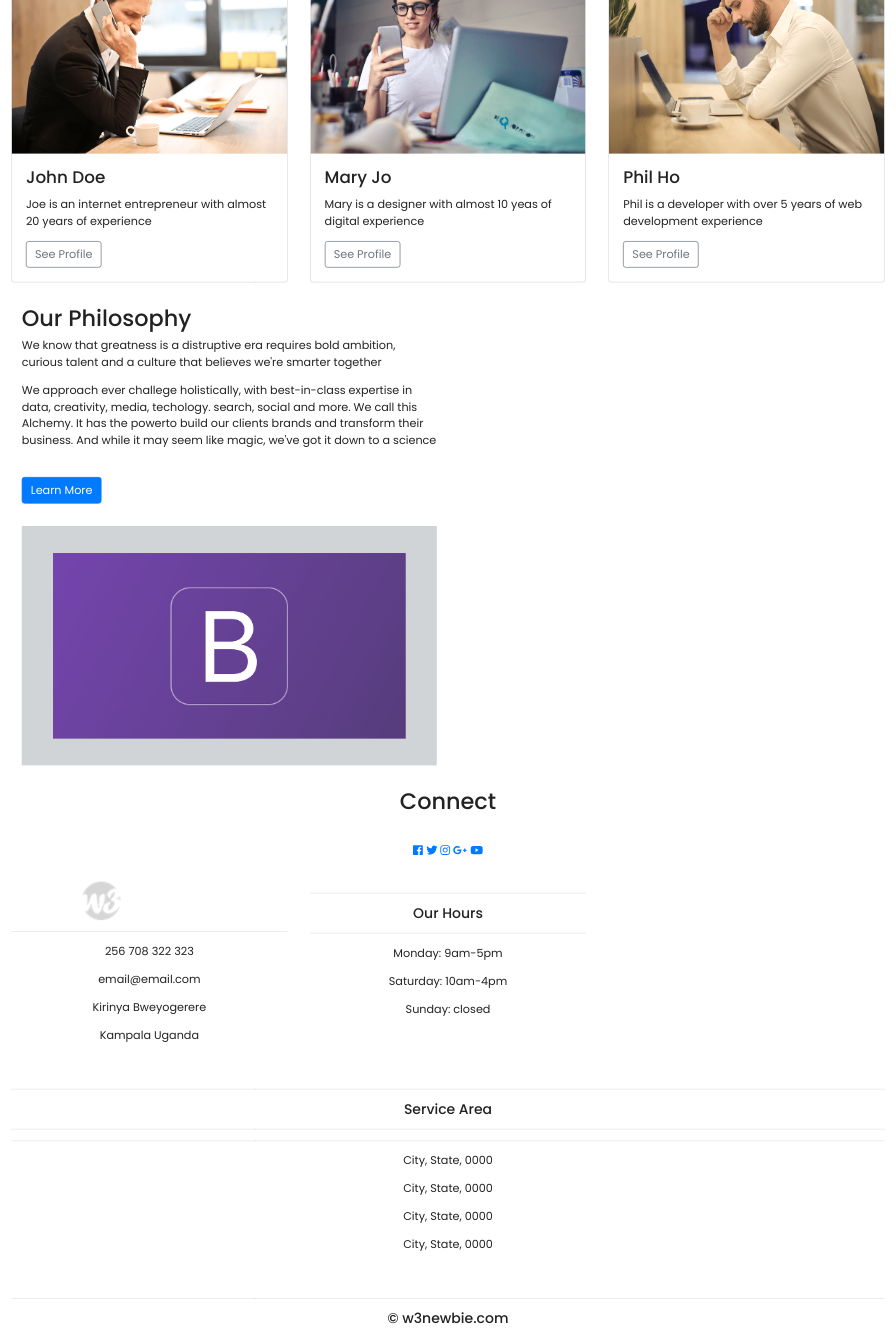
Repository: rkyankya/Bootstrap-1
Page: index.html
These files come from the project's save history. The page is drawn as it stood at one moment and after the next save; the edit follows.
The browser window is 1280 px wide. The pictures show the part of the page from y = 2888 to 4808 px (the page is 4808 px tall before and 4528 px after), at 70% of full size.
Some web libraries are served in a nearby version.

Above is the page before, as saved 2019-12-18 09:08:49.

### index.html
<!DOCTYPE html>
<html lang="en">

<head>
    <meta charset="utf-8">
    <meta name="viewport" content="width=device-width, initial-scale=1">
    <title>Complete Bootstrap 4 Website Layout</title>
    <link rel="stylesheet" href="https://maxcdn.bootstrapcdn.com/bootstrap/4.0.0/css/bootstrap.min.css">
    <script src="https://ajax.googleapis.com/ajax/libs/jquery/3.3.1/jquery.min.js"></script>
    <script src="https://cdnjs.cloudflare.com/ajax/libs/popper.js/1.12.9/umd/popper.min.js"></script>
    <script src="https://maxcdn.bootstrapcdn.com/bootstrap/4.0.0/js/bootstrap.min.js"></script>
    <script src="https://use.fontawesome.com/releases/v5.0.8/js/all.js"></script>
    <link href="style.css" rel="stylesheet">
</head>

<body>

    <!-- Navigation -->
    <nav class="navbar navbar-expand-md navbar-light bg-light sticky-top">
        <div class="container-fluid">
            <a class="navbar-brand" href="#"><img src="img/logo.png" alt="#"></a>
            <button class="navbar-toggler" type="button" data-toggler="collapse" data-target="#navbarResponsive">
          <span class="navbar-toggler-icon"></span>
        </button>
            <div class="collapse navbar-collapse" id="navbarResponsive">
                <ul class="navbar-nav ml-auto">
                    <li class="nav-item active">
                        <a class="nav-link" href="#">Home</a>
                    </li>
                    <li class="nav-item">
                        <a class="nav-link" href="#">About</a>
                    </li>
                    <li class="nav-item">
                        <a class="nav-link" href="#">Services</a>
                    </li>
                    <li class="nav-item">
                        <a class="nav-link" href="#">Team</a>
                    </li>
                    <li class="nav-item">
                        <a class="nav-link" href="#">Connect</a>
                    </li>
                </ul>
            </div>
        </div>
    </nav>

    <!--- Image Slider -->
    <div id="slides" class="carousel slide" data-ride="carousel">
        <ul class="carousel-indicators">
            <li data-target="#slides" data-slide-to="0" class="active"></li>
            <li data-target="#slides" data-slide-to="1"></li>
            <li data-target="#slides" data-slide-to="2"></li>
        </ul>
        <div class="carousel-inner">
            <div class="carousel-item active">
                <img src="img/background.png" alt="#">
                <div class="carousel-caption">
                    <h1 class="display-2">Bootstrap</h1>
                    <h3>Complete Website Layout</h3>
                    <button type="button" class="btn btn-outline-light btn-lg">VIEW DEMO</button>
                    <button type="button" class="btn btn-primary btn-lg">Get Started</button>
                </div>
            </div>
            <div class="carousel-item">
                <img src="img/background2.png" alt="#">
            </div>
            <div class="carousel-item">
                <img src="img/background3.png" alt="#">
            </div>
        </div>
    </div>

    <!--- Jumbotron -->
    <div class="container-fluid">
        <div class="row jumbotron">
            <div class="col-xs-12 col-sm-12 col-md-9 col-lg-9 col-xl-10">
                <!--Bootstrap has 12 coloms the 12 describes the coloms to take-->
                <p class="lead">A web hosting service allows individuals and organisations to make a their website accessible via the World Wide Web
                </p>
            </div>
            <div class="col-xs-12 col-sm-12 col-md-3 col-lg-3 col-xl-2">
                <a href="#">
                    <button type="button" class="btn btn-outline-secondary btn-lg">Web Hosting</button>
                </a>
            </div>
        </div>
    </div>


    <!--- Welcome Section -->
    <div class="container-fluid padding">
        <div class="row welcome text-center">
            <div class="col-12">
                <h1 class="display-4">Built with ease</h1>
            </div>
            <hr class="my-4">
            <div class="col-12">
                <p class="lead">Welcome to mu Bootstrap 4 website tutorial! Bootstraps a free and open-source front-end library with HTML and CSS based designs.
                </p>
            </div>
        </div>
    </div>

    <!--- Three Column Section -->
    <div class="container-fluid padding">
        <div class="row text-centre padding">
            <div class="col-xs-12 col-sm-6 col-md-4">
                <i class="fas fa-code"></i>
                <h3>HTML5</h3>
                <p>Built with the latest version of HTML, HTML5.</p>
            </div>
            <div class="col-xs-12 col-sm-6 col-md-4">
                <i class="fas fa-bold"></i>
                <h3>BOOTSTRAP</h3>
                <p>Built with the latest version of Bootstrap, Bootstrap 4.</p>
            </div>
            <div class="col-sm-12 col-md-4">
                <i class="fab fa-css3"></i>
                <h3>CSS3</h3>
                <p>Built with the latest version of CSS, CSS3.</p>
            </div>
        </div>
        <hr class="my-4">
    </div>


    <!--- Two Column Section -->
    <div class="container-fluid padding">
        <div class="row-padding">
            <div class="col-md-12 col-lg-6">
                <h2>If you build it...</h2>
                <p>The coloms will automatically stack on top of each other when the screen is less than 576px wide.</p>
                <p>Resize the browser window to see the effect. Responsive web design has become more important as the amount of mobile traffic now accounts for more than half of the total internet traffic</p>
                <p>It can also display the web page differently depending on the screen size or viewing device</p>
                <br>
                <a href="#" class="btn btn-primary">Learn More</a>
            </div>
            <div class="col-lg-6">
                <img src="img/desk.png" class="img-fluid" alt="#">
            </div>
        </div>
    </div>

    <hr class="my-4">

    <!--- Fixed background -->
    <figure>
        <div class="fixed-wrap">
            <div id="fixed"></div>
        </div>
    </figure>


    <!--- Emoji Section -->
    <button class="fun" data-toggle="collapse" data-target="#emoji">Click For Fun</button>
    <div id="emoji" class="collapse">
        <div class="container-fluid padding">
            <div class="row text-center">
                <div class="col-sm-6 col-md-3">
                    <img class="gif" src="img/gif/panda.gif" alt="#">
                </div>
                <div class="col-sm-6 col-md-3">
                    <img class="gif" src="img/gif/unicorn.gif" alt="#">
                </div>
                <div class="col-sm-6 col-md-3">
                    <img class="gif" src="img/gif/poo.gif" alt="#">
                </div>
                <div class="col-sm-6 col-md-3">
                    <img class="gif" src="img/gif/chicken.gif" alt="#">
                </div>
            </div>
        </div>
    </div>


    <!--- Meet the team -->
    <div class="container-fluid padding">
        <div class="row-welcome text-center">
            <div class="col-12">
                <h1 class="display-4"> Meet the Team</h1>
            </div>
        </div>
    </div>


    <!--- Cards -->
    <div class="container-fluid padding">
        <div class="row welcome text">
            <div class="col-md-4">
                <div class="card">
                    <img class="card-imd-top" src="img/team1.png" alt="#">
                    <div class="card-body">
                        <h4 class="card-title">John Doe</h4>
                        <p class="card-text">Joe is an internet entrepreneur with almost 20 years of experience</p>
                        <a href="#" class="btn btn-outline-secondary"> See Profile</a>
                    </div>
                </div>
            </div>
            <div class="col-md-4">
                <div class="card">
                    <img class="card-imd-top" src="img/team2.png" alt="#">
                    <div class="card-body">
                        <h4 class="card-title">Mary Jo</h4>
                        <p class="card-text">Mary is a designer with almost 10 yeas of digital experience</p>
                        <a href="#" class="btn btn-outline-secondary"> See Profile</a>
                    </div>
                </div>
            </div>
            <div class="col-md-4">
                <div class="card">
                    <img class="card-imd-top" src="img/team3.png" alt="#">
                    <div class="card-body">
                        <h4 class="card-title">Phil Ho</h4>
                        <p class="card-text">Phil is a developer with over 5 years of web development experience</p>
                        <a href="#" class="btn btn-outline-secondary"> See Profile</a>
                    </div>
                </div>
            </div>
        </div>
    </div>


    <!--- Two Column Section -->
    <div class="container-fluid padding">
        <div class="row-padding">
            <div class="col-md-12 col-lg-6">
                <h2>Our Philosophy</h2>
                <p>We know that greatness is a distruptive era requires bold ambition, curious talent and a culture that believes we're smarter together</p>
                <p>We approach ever challege holistically, with best-in-class expertise in data, creativity, media, techology. search, social and more. We call this Alchemy. It has the powerto build our clients brands and transform their business. And while
                    it may seem like magic, we've got it down to a science</p>

                <br>
                <a href="#" class="btn btn-primary">Learn More</a>
            </div>
            <div class="col-lg-6">
                <img src="img/bootstrap2.png" class="img-fluid" alt="#">
            </div>
        </div>
    </div>


    <!--- Connect -->
    <div class="container-fluid padding">
        <div class="row text-center padding">
            <div class="col-12">
                <h2>Connect</h2>
            </div>
            <div class="col-12 social padding">
                <a href="#"><i class="fab fa-facebook"></i></a>
                <a href="#"><i class="fab fa-twitter"></i></a>
                <a href="#"><i class="fab fa-instagram"></i></a>
                <a href="#"><i class="fab fa-google-plus-g"></i></a>
                <a href="#"><i class="fab fa-youtube"></i></a>
            </div>
        </div>
    </div>



    <!--- Footer -->
    <footer>
        <div class="container-fluid padding">
            <div class="row text-center">
                <div class="col-md-4">
                    <img src="img/w3newbie.png" alt="#">
                    <hr class="light">
                    <p>256 708 322 323</p>
                    <p>email@email.com</p>
                    <p>Kirinya Bweyogerere</p>
                    <p>Kampala Uganda</p>
                </div>
                <div class="col-md-4">
                    <hr class="light">
                    <h5>Our Hours</h5>
                    <hr class="light">
                    <p>Monday: 9am-5pm</p>
                    <p>Saturday: 10am-4pm</p>
                    <p>Sunday: closed</p>
                </div>
                <div class="col-md-12">
                    <hr class="light">
                    <h5> Service Area </h5>
                    <hr class="light">
                    <hr class="light">
                    <p>City, State, 0000</p>
                    <p>City, State, 0000</p>
                    <p>City, State, 0000</p>
                    <p>City, State, 0000</p>
                </div>
                <div class="col-12">
                    <hr class="light">
                    <h5>&copy; w3newbie.com</h5>
                </div>
            </div>
        </div>
    </footer>




</body>

</html>

### style.css
@import url('https://fonts.googleapis.com/css?family=Poppins:400,500,700');
html,
body {
    height: 100%;
    width: 100%;
    font-family: 'Poppins', sans-serif;
    color: #222;
}

.navbar {
    padding: 0.8rem;
}

.nav-link {
    font-size: ;
}


/*---Media Queries --*/

@media (max-width: 992px) {}

@media (max-width: 768px) {}

@media (max-width: 576px) {}


/*---Firefox Bug Fix --*/

.carousel-item {
    transition: -webkit-transform 0.5s ease;
    transition: transform 0.5s ease;
    transition: transform 0.5s ease, -webkit-transform 0.5s ease;
    -webkit-backface-visibility: visible;
    backface-visibility: visible;
}


/*--- Fixed Background Image --*/

figure {
    position: relative;
    width: 100%;
    height: 60%;
    margin: 0!important;
}

.fixed-wrap {
    clip: rect(0, auto, auto, 0);
    position: absolute;
    top: 0;
    left: 0;
    width: 100%;
    height: 100%;
}

#fixed {
    background-image: url('img/mac.png');
    position: fixed;
    display: block;
    top: 0;
    left: 0;
    width: 100%;
    height: 100%;
    background-size: cover;
    background-position: center center;
    -webkit-transform: translateZ(0);
    transform: translateZ(0);
    will-change: transform;
}


/*--- Bootstrap Padding Fix --*/

[class*="col-"] {
    padding: 1rem;
}


/*
Extra small (xs) devices (portrait phones, less than 576px)
No media query since this is the default in Bootstrap

Small (sm) devices (landscape phones, 576px and up)
@media (min-width: 576px) { ... }

Medium (md) devices (tablets, 768px and up)
@media (min-width: 768px) { ... }

Large (lg) devices (desktops, 992px and up)
@media (min-width: 992px) { ... }

Extra (xl) large devices (large desktops, 1200px and up)
@media (min-width: 1200px) { ... }
*/

After the next save:
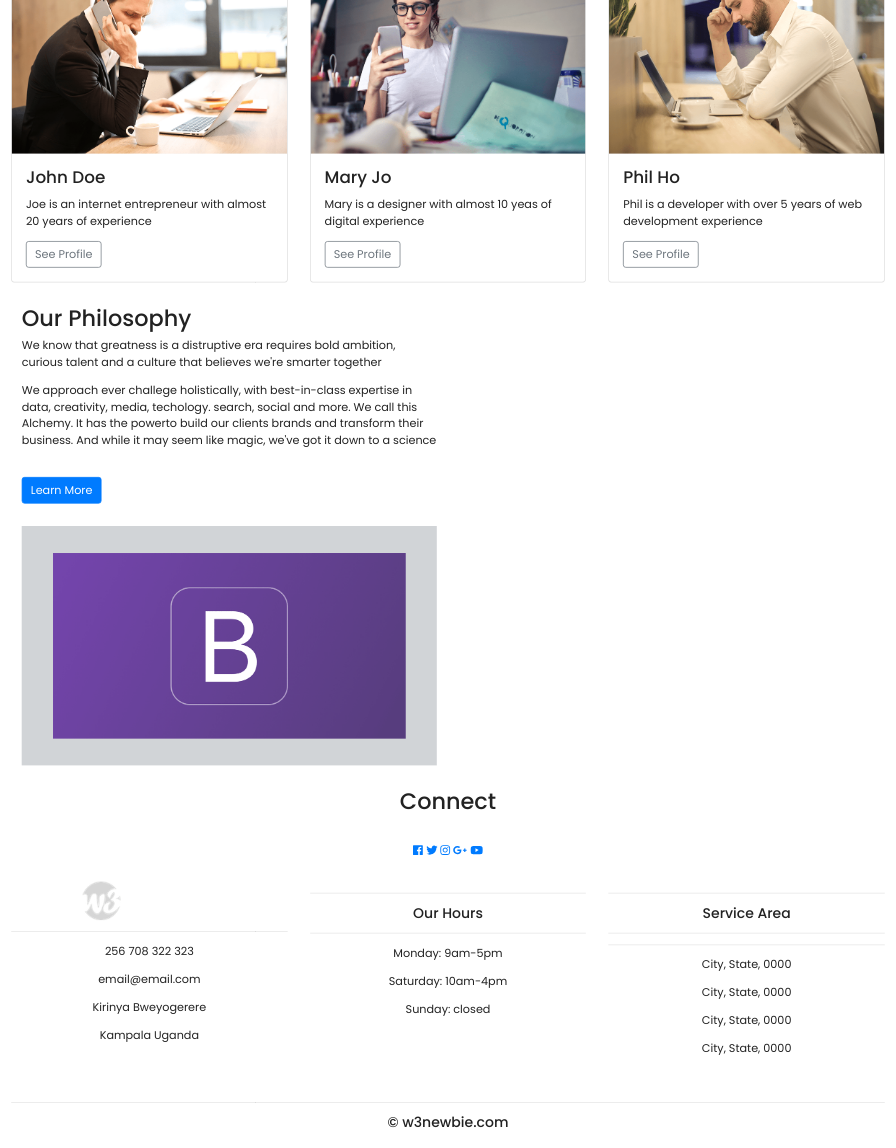
Saved 3 min 31 s later.
--- a/index.html
+++ b/index.html
@@ -277,7 +277,7 @@
                     <p>Saturday: 10am-4pm</p>
                     <p>Sunday: closed</p>
                 </div>
-                <div class="col-md-12">
+                <div class="col-md-4">
                     <hr class="light">
                     <h5> Service Area </h5>
                     <hr class="light">
